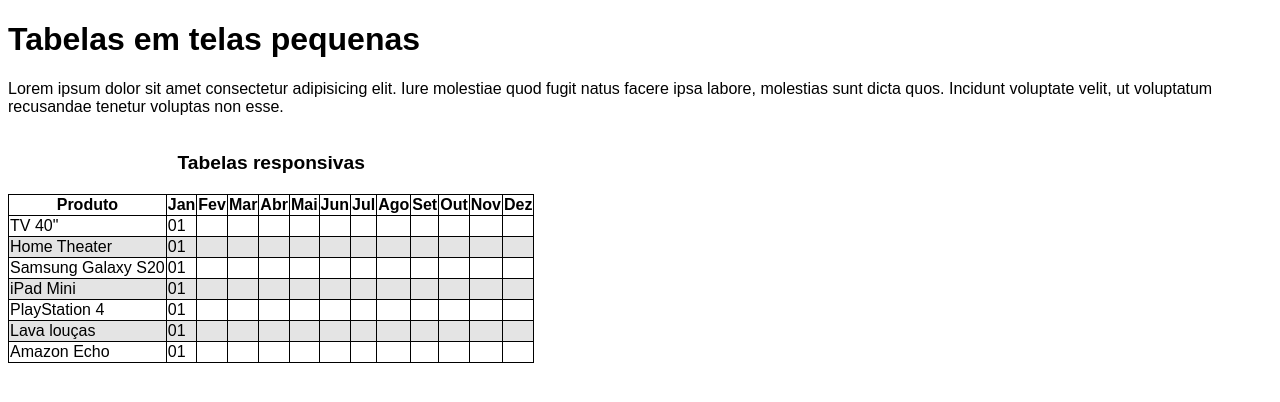
Repository: railsondev/html-css
Page: Módulo3/Exercicios/Ex02 - Tabelas/tabela005.html
These files come from the project's save history. The page is drawn as it stood at one moment and after a run of saves; the edit follows.
The browser window is 1280 px wide. The pictures show the whole page.

Above is the page before, as saved 2024-10-22 15:17:30.

After the next 2 saves:
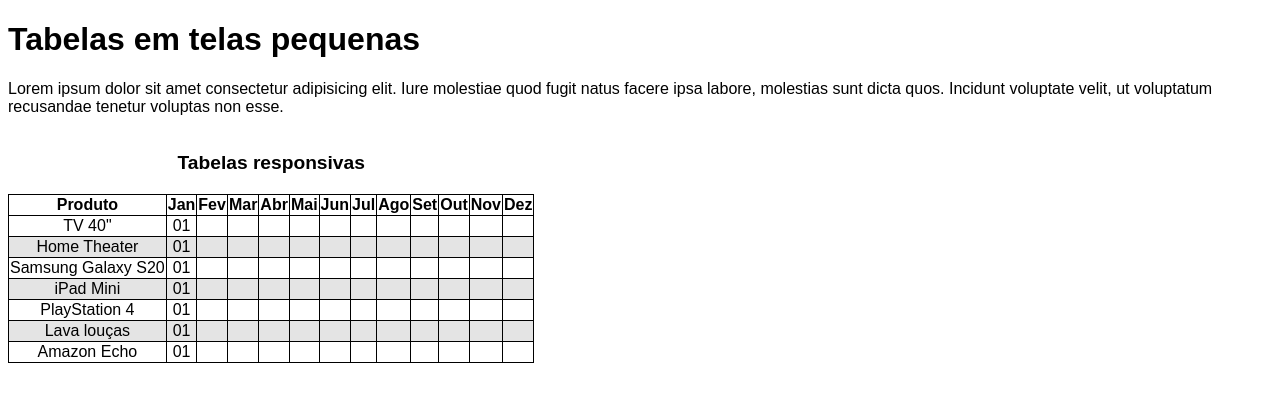
The 2 saves are shown as one change because they came seconds apart.
The last was saved 9 s later.
--- a/Módulo3/Exercicios/Ex02 - Tabelas/src/css/estilo05.css
+++ b/Módulo3/Exercicios/Ex02 - Tabelas/src/css/estilo05.css
@@ -18,7 +18,8 @@ th, td {
   border: 1px solid black;
 }
 td {
-  text-align: ;
+  text-align: center;
+  vertical-align: center;
 }
 
 tr:nth-child(even) {
